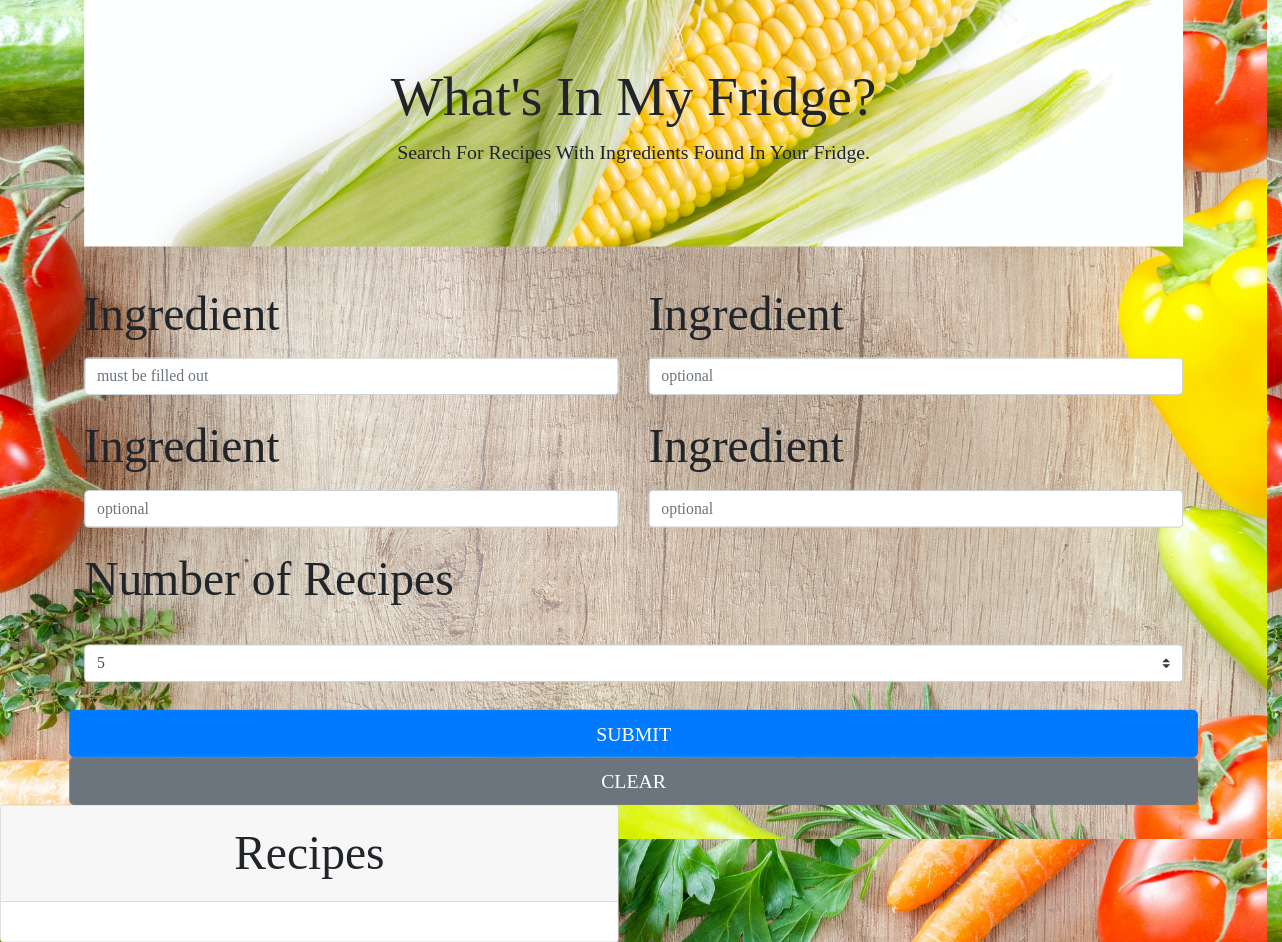
Repository: ogipajic/Recipe_API
Page: index.html
An editor plug-in stored every save of this project. The page is shown before and after the next save, followed by the edit.
The browser window is 1280 px wide. The page is 1295 px wide, so the pictures cover 1295 px, including what lies to the right of the window. The pictures show the whole page, at 99% of full size.
The page's requests for data from a server got no answer. Backgrounds fixed to the window are drawn as part of the page. Some web fonts or font styles are not loaded; a fallback is used.

Above is the page before, as saved 2020-07-12 16:39:49.

### index.html
<!DOCTYPE html>
<html lang="en">
<head>
    <meta charset="UTF-8">
    <meta name="viewport" content="width=device-width, initial-scale=1.0">
    <script
  src="https://code.jquery.com/jquery-3.5.1.min.js"
  integrity="sha256-9/aliU8dGd2tb6OSsuzixeV4y/faTqgFtohetphbbj0="
  crossorigin="anonymous"></script>

  <link rel="stylesheet" href="https://stackpath.bootstrapcdn.com/bootstrap/4.5.0/css/bootstrap.min.css" integrity="sha384-9aIt2nRpC12Uk9gS9baDl411NQApFmC26EwAOH8WgZl5MYYxFfc+NcPb1dKGj7Sk" crossorigin="anonymous">
  <link rel="stylesheet" href="stylesheet.css">
  <link href="https://fonts.googleapis.com/css2?family=Annie+Use+Your+Telescope&family=Lemon&display=swap" rel="stylesheet">

  <title>What's In My Fridge?</title>

  <!-- Fixes issue of text extending past card length-->

  <style>
      .card-body a {
          word-break: break-all;
      }

      .recipeHeadLine {
          line-height: 1.5;
      }
  </style>
</head>
<body>
    <div class="container">
        <div class="jumbotron jumbotron-fluid">
            <div class="img"></div>
            <div class="container">
              <h1 class="display-4">What's In My Fridge?</h1>
              <p class="lead">Search For Recipes With Ingredients Found In Your Fridge.</p>
            </div>
          </div>

     <form>
          <div class="row">
              <div class="col-sm-6">
        <div class="form-group">
          <label for="exampleFormControlInput1">Ingredient</label>
          <input type="text" class="form-control" id="exampleFormControlInput1" placeholder="must be filled out">
        </div>
              </div>
              <div class="col-sm-6">
        <div class="form-group">
            <label for="exampleFormControlInput1">Ingredient</label>
            <input type="text" class="form-control" id="exampleFormControlInput1" placeholder="optional">
          </div>
          </div>
        </div>
        <div class="row">
            <div class="col-sm-6">
          <div class="form-group">
            <label for="exampleFormControlInput1">Ingredient</label>
            <input type="text" class="form-control" id="exampleFormControlInput1" placeholder="optional">
          </div>
        </div>
        <div class="col-sm-6">
          <div class="form-group">
            <label for="exampleFormControlInput1">Ingredient</label>
            <input type="text" class="form-control" id="exampleFormControlInput1" placeholder="optional">
          </div>
          </div>
          </div>
        </div>
      </form>


    <div class="container">
        <div class="form-group">
            <label for="pwd">Number of Recipes</label>
            <select id="recipe-count" class="custom-select" aria-labelledby="dropdownMenuButton">
              <option selected value="1">1</option>
              <!-- Setting the option for 5 as default -->
              <option value="5" selected>5</option>
              <option value="10">10</option>
            </select>
          </div>

        <div class="row">
            <!--Using type="submit" allows the user to hit enter as well as click submit-->

            <button type="submit" id="getRecipe" class="btn btn-primary btn-lg btn-block">SUBMIT</button>
            <p id="results"></p>
            <button type="button" id="clearBtn" class="btn btn-secondary btn-lg btn-block">CLEAR</button>
            </div>
        </div>
    </div>

  <div class="row">
    <div class="col-6 recipes-placeholder">
      <section class="row">
        <div class="col-md-12">

          <div class="card">
            <div class="card-header">
              <i class="fa fa-table"></i>Recipes
            </div>

            <article class="card-body" id="recipe-section">
            </article>
          </div>
        </div>
      </section>
    </div>

 <script src="script.js"></script>
 <script src="ncscript.js"></script>
 <script src="https://ajax.googleapis.com/ajax/libs/jquery/3.4.1/jquery.min.js"></script>
 <script src="https://code.jquery.com/jquery-3.5.1.slim.min.js" integrity="sha384-DfXdz2htPH0lsSSs5nCTpuj/zy4C+OGpamoFVy38MVBnE+IbbVYUew+OrCXaRkfj" crossorigin="anonymous"></script>
 <script src="https://cdn.jsdelivr.net/npm/popper.js@1.16.0/dist/umd/popper.min.js" integrity="sha384-Q6E9RHvbIyZFJoft+2mJbHaEWldlvI9IOYy5n3zV9zzTtmI3UksdQRVvoxMfooAo" crossorigin="anonymous"></script>
 <script src="https://stackpath.bootstrapcdn.com/bootstrap/4.5.0/js/bootstrap.min.js" integrity="sha384-OgVRvuATP1z7JjHLkuOU7Xw704+h835Lr+6QL9UvYjZE3Ipu6Tp75j7Bh/kR0JKI" crossorigin="anonymous"></script>
</body>
</html>

### stylesheet.css
/* Body font style and font size */
body {
    font-size: 3rem;
    font-family: 'Annie Use Your Telescope', cursive;
    background-image: url(Assets/carrots-food-fresh-freshness-616404.jpg);
    background-position: center center;
    background-repeat: no-repeat;
    background-attachment: fixed;
    background-size: cover;
}

/* Font and image within jumbotron */
.jumbotron {
    text-align: center;
    font-family: 'Annie Use Your Telescope', cursive;
    background: url(Assets/agriculture-bright-cereal-close-up-547263.jpg);
    background-position: center center;
    background-size: cover;
}

/* Search Results Text */
.panel-heading {
    margin-top: 2rem;
    text-align: center;
}

/* Results Area -XXXX */
.panel-body {
    text-align: center;
}

.panel-title {
    font-size: 45px;
}

.recipe-placeholder {
    display: flex;
    justify-content: center;
}

.card-header {
    text-align: center;
}


  @media screen and (max-width: 768px) {
    .container {
      width:100%;
      margin:0;
      border-radius:0;

    }
  }

### ncscript.js
$(document).ready(function() {
    console.log("Lets Eat!");
});


// Search Parameters

var title = null;
var thumbnailURL = null;
var ingredient = null;
var credits = null;
var measurements = null;

//Functions



var settings = {
	"async": true,
	"crossDomain": true,
	"url": "https://tasty.p.rapidapi.com/recipes/list?tags=under_30_minutes&q=kale&from=0&sizes=20",
	"method": "GET",
	"headers": {
		"x-rapidapi-host": "tasty.p.rapidapi.com",
		"x-rapidapi-key": "ac032b7765msh7b7ea8d251892bbp18630ejsnfccfef5696ae"
	}
}

$.ajax(settings).done(function (response) {
	console.log(response);

	document.getElementById
});

Loaded but not shown: script.js (no stored copy; drawn as an empty file)

After the next save:
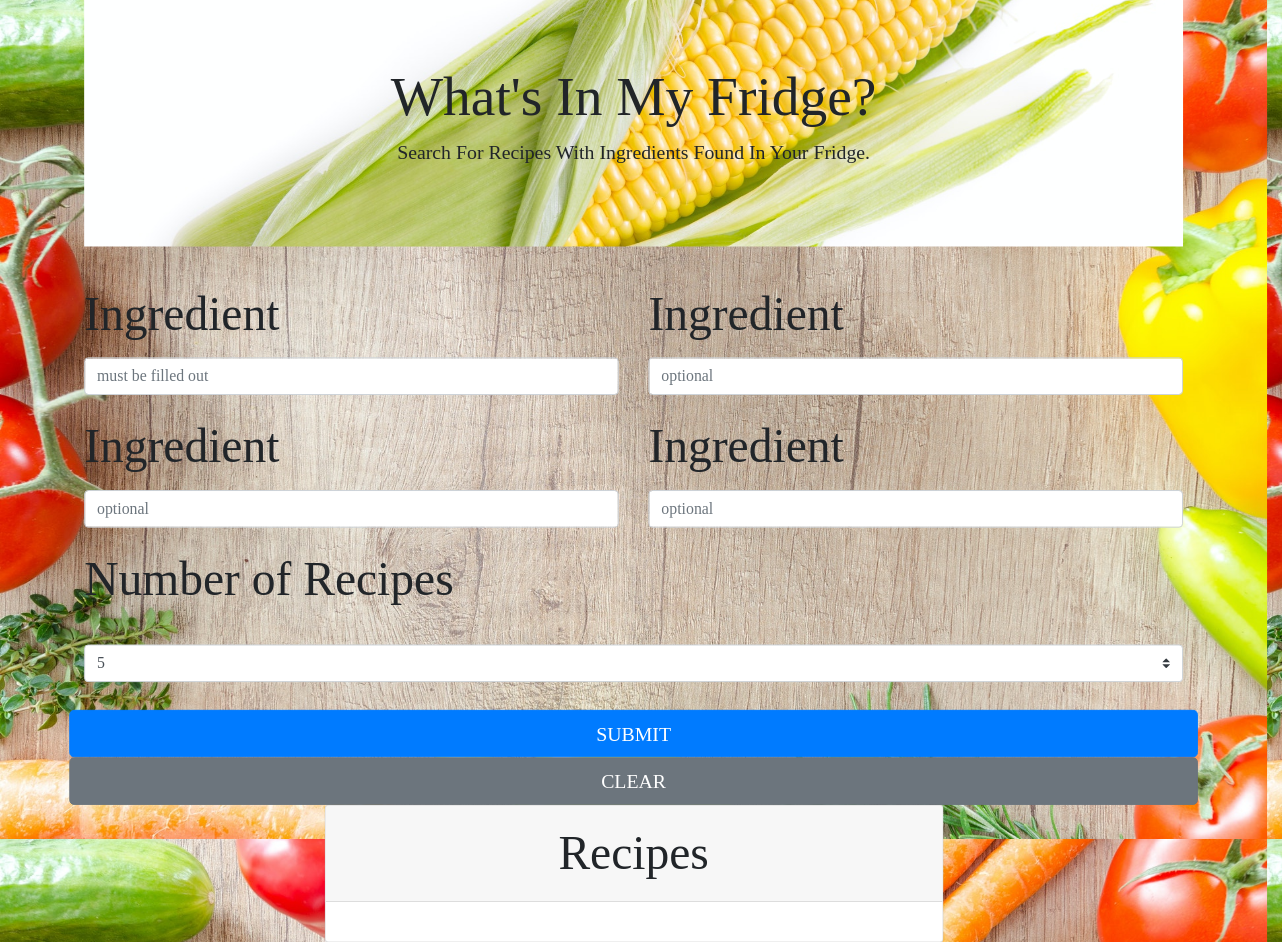
Saved 47 s later.
--- a/stylesheet.css
+++ b/stylesheet.css
@@ -33,7 +33,7 @@ body {
     font-size: 45px;
 }
 
-.recipe-placeholder {
+.row {
     display: flex;
     justify-content: center;
 }
